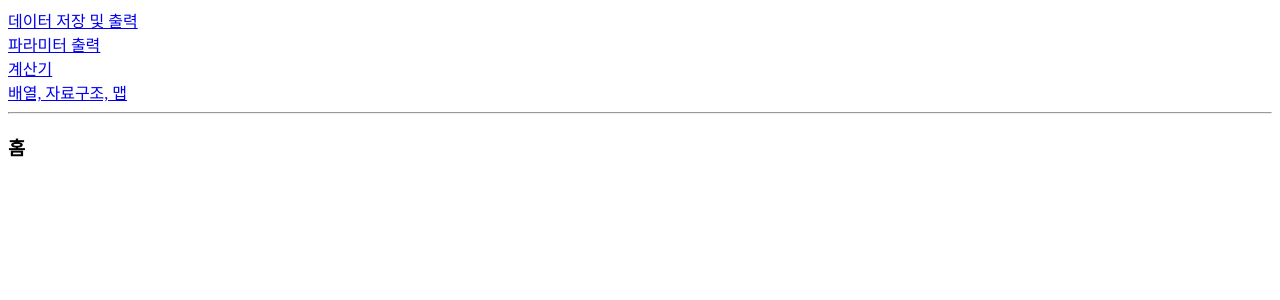
Repository: hyewoon/web
Page: http://localhost/servlet04/
The author's editor kept a copy of each file at every save. The page is drawn from the files as they stood at one save, then again after the next save.
The browser window is 1280 px wide. The pictures show the whole page.
The page is served by Tomcat 9. Other server files are loaded and not shown.

Above is the page before, as saved 2022-11-17 07:27:10.

### servlet04/src/main/webapp/index.jsp
<%@ page language="java" contentType="text/html; charset=UTF-8"
    pageEncoding="UTF-8"%>
<!DOCTYPE html>
<html>
<head>
<meta charset="UTF-8">
<title>Insert title here</title>
</head>
<body>
<div> <a href ='scope/scope_data.jsp'>데이터 저장 및 출력</a>  </div>
<div> <a href ='parameter/form_data.jsp'>파라미터 출력</a>  </div>
<div> <a href ='operator/calculator.jsp'>계산기</a>  </div>
<div> <a href ='array/array_data.jsp'>배열, 자료구조, 맵</a>  </div>
<hr>
<h3>홈</h3>
</body>
</html>

After the next save:
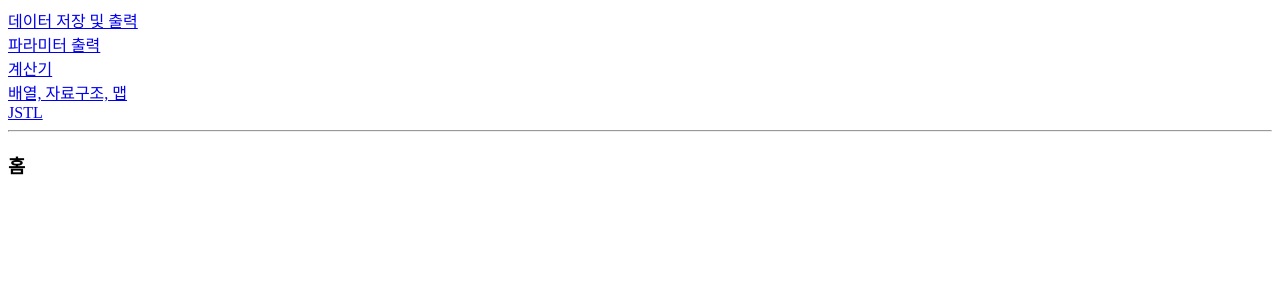
Saved 41 s later.
--- a/servlet04/src/main/webapp/index.jsp
+++ b/servlet04/src/main/webapp/index.jsp
@@ -11,6 +11,7 @@
 <div> <a href ='parameter/form_data.jsp'>파라미터 출력</a>  </div>
 <div> <a href ='operator/calculator.jsp'>계산기</a>  </div>
 <div> <a href ='array/array_data.jsp'>배열, 자료구조, 맵</a>  </div>
+<div> <a href ='jstl/index.jsp'>JSTL</a>  </div>
 <hr>
 <h3>홈</h3>
 </body>
